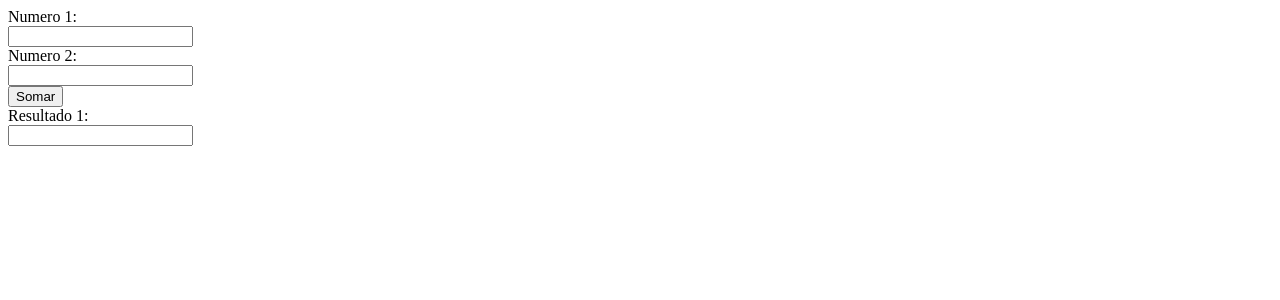
Repository: charles014/curso-react-2020
Page: / (app in react-funcional/)
The author's editor kept a copy of each file at every save. The page is drawn from the files as they stood at one save, then again after the next save.
The browser window is 1280 px wide. The pictures show the whole page.
The project was rebuilt for these pictures with package versions that can differ from the ones it lists, and the page was loaded fresh each time.

Above is the page before, as saved 2020-09-21 15:54:19.

### react-funcional/src/App.js
import React, { useState, useEffect } from 'react';
import ReducerHook from './reducer'

function App() {
    return(
      <ReducerHook/>
    )
}

export default App;

### react-funcional/src/reducer/index.js
import React, { useState } from 'react';
import useStore from './somaReducer'

function ReducerHook() {

    const [numero, setNumero] = useState('')
    const [segundoNumero, setSegundoNumero] = useState('')

    const [store, dispatch] = useStore()

    const somar = () => {
        const numeroInt = parseInt(numero)
        const segNumeroInt = parseInt(segundoNumero)

         dispatch({
              type:'SOMA',
              payload: numeroInt + segNumeroInt
         })
    }

    const subtrair = () => {
        const numeroInt = parseInt(numero)
        const segNumeroInt = parseInt(segundoNumero)

         dispatch({
              type:'SOMA',
              payload: numeroInt - segNumeroInt
         })
    }


    return (
        <div>
            Numero 1: <br />
            <input type="text" value={numero}
                onChange={e => setNumero(e.target.value)} /> <br />
      Numero 2: <br />
            <input type="text" value={segundoNumero}
                onChange={e => setSegundoNumero(e.target.value)} /><br />
            <button onClick={somar}>Somar</button> <br />
      Resultado 1: <br />
            <input type="text" value={store.resultado} readOnly/><br />
        </div>
    );
}

export default ReducerHook;

### react-funcional/src/reducer/somaReducer.js
import { useReducer } from 'react'

const STATE_INICIAL = {
    resultado: ''
}

const somaReducer = (state = STATE_INICIAL, action) => {
    switch (action.type) {
        case 'SOMA':
            return { ...state, resultado: action.payload }
        default:
            return state

    }

}

const useStore = () => useReducer(somaReducer, STATE_INICIAL)

export default useStore

Loaded but not shown: react-funcional/public/index.html (common file); react-funcional/src/index.js (common file)

After the next save:
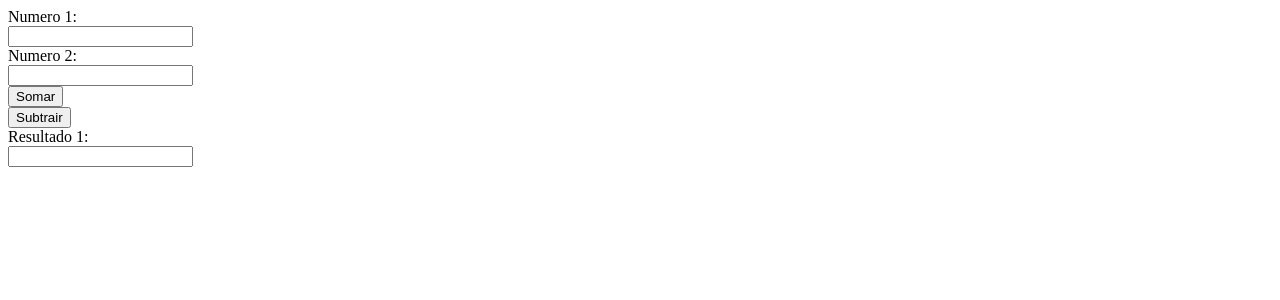
Saved 18 s later.
--- a/react-funcional/src/reducer/index.js
+++ b/react-funcional/src/reducer/index.js
@@ -38,6 +38,7 @@ function ReducerHook() {
             <input type="text" value={segundoNumero}
                 onChange={e => setSegundoNumero(e.target.value)} /><br />
             <button onClick={somar}>Somar</button> <br />
+            <button onClick={subtrair}>Subtrair</button> <br />
       Resultado 1: <br />
             <input type="text" value={store.resultado} readOnly/><br />
         </div>
